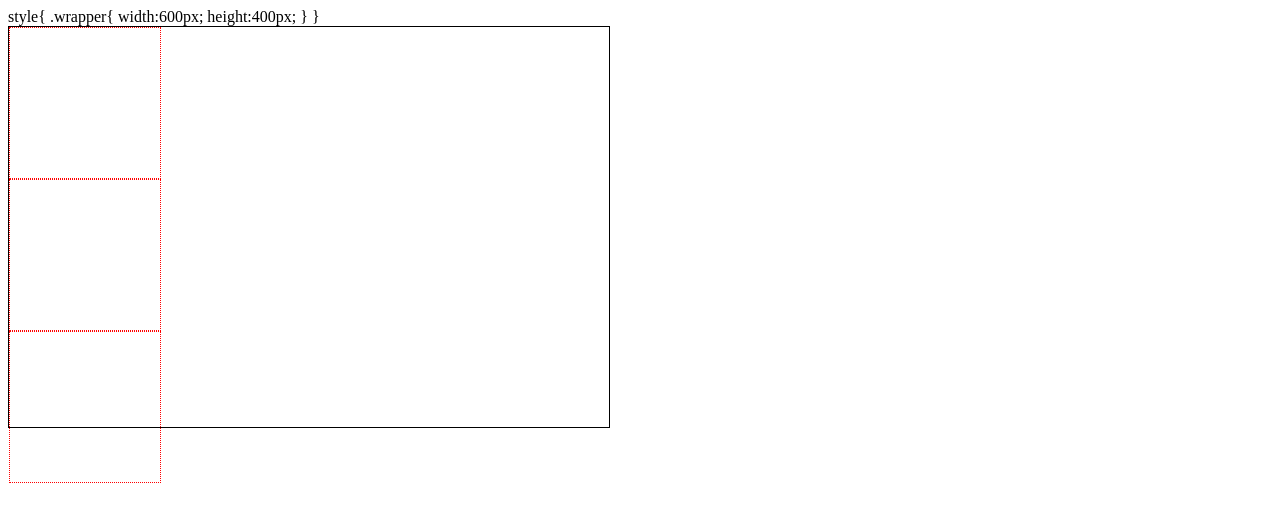
Repository: LstHeart/html-learning
Page: css/static和relative定位.html
These files come from the project's save history. The page is drawn as it stood at one moment and after the next save; the edit follows.
The browser window is 1280 px wide. The pictures show the whole page.

Above is the page before, as saved 2021-01-06 20:08:57.

After the next save:
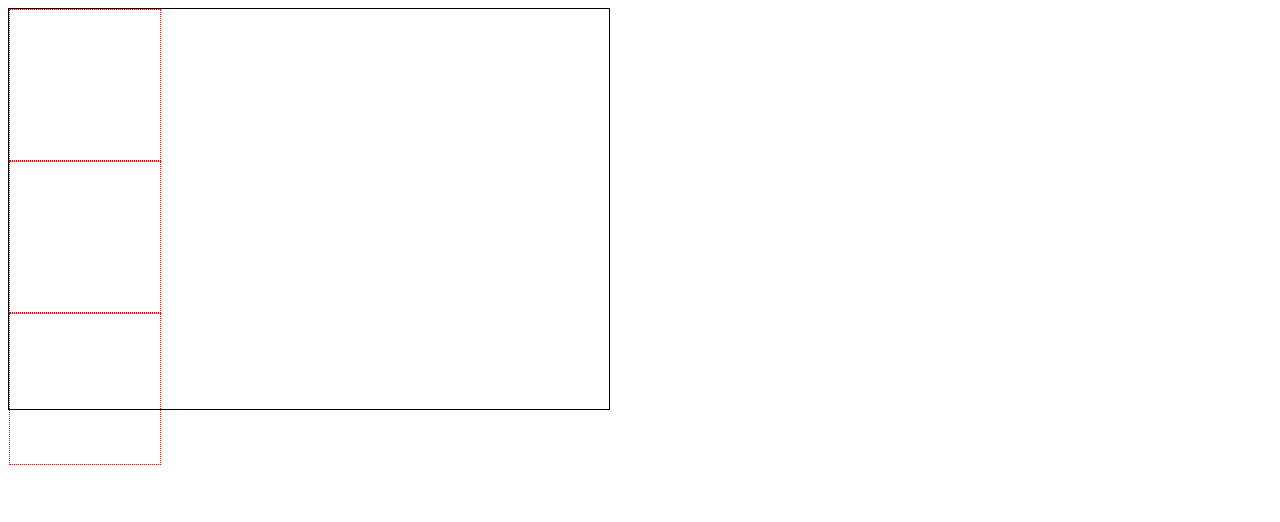
Saved 66 s later.
--- a/css/static和relative定位.html
+++ b/css/static和relative定位.html
@@ -5,13 +5,6 @@
     <meta name="viewport" content="width=device-width, initial-scale=1.0">
     <title>Document</title>
     <link rel="stylesheet" href="static和realtive.css">
-    style{
-        .wrapper{
-            width:600px;
-            height:400px;
-
-        }
-    }
 </head>
 <body>
     <div class="wrapper">
